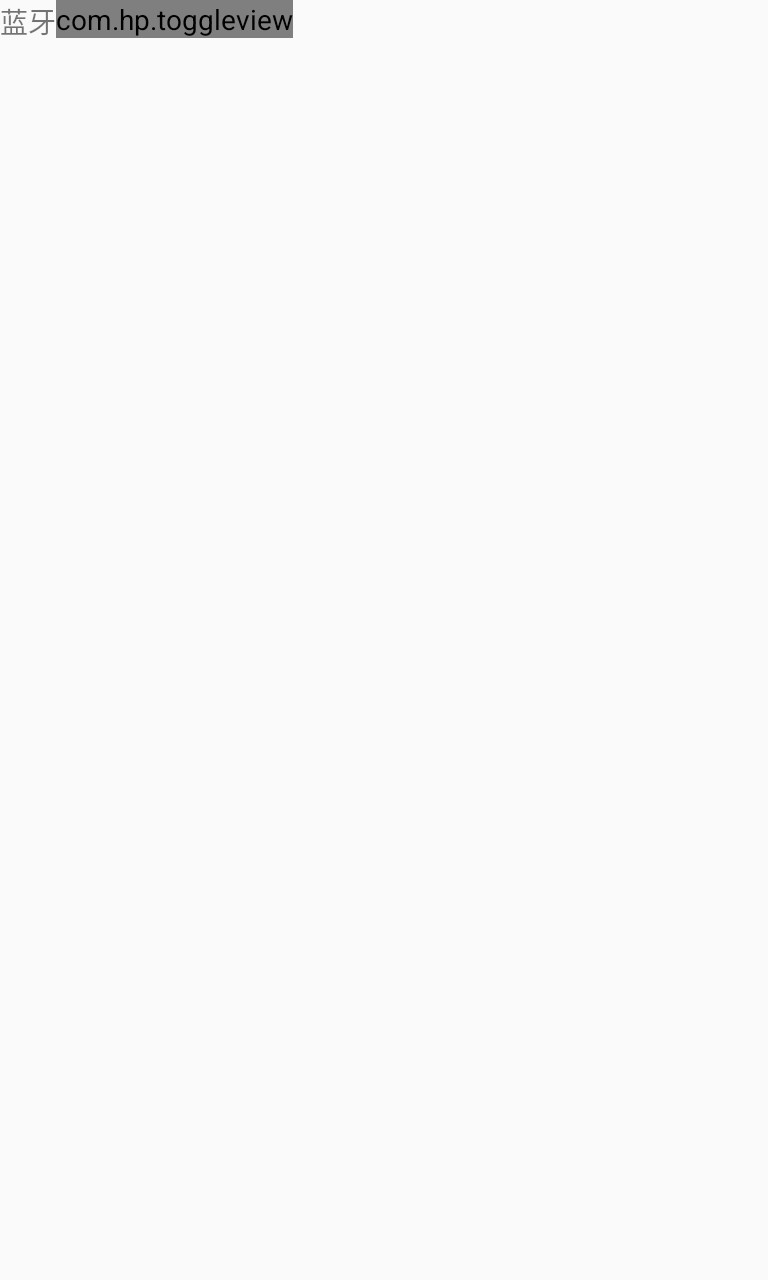
Repository: mimimy/MassagePro
Layout: BLE-Version/MassageTool/res/layout/activity_blooth.xml
The author's editor kept a copy of each file at every save. The layout is drawn from the files as they stood at one save, then again after the next save.
Pictures or frames that could not be fetched are drawn as grey boxes. It is drawn on a 768 x 1280 px phone screen (xhdpi) without system bars, with theme AppTheme; the app's code is not run.

Above is the layout before, as saved 2018-07-26 14:58:20.

After the next save:
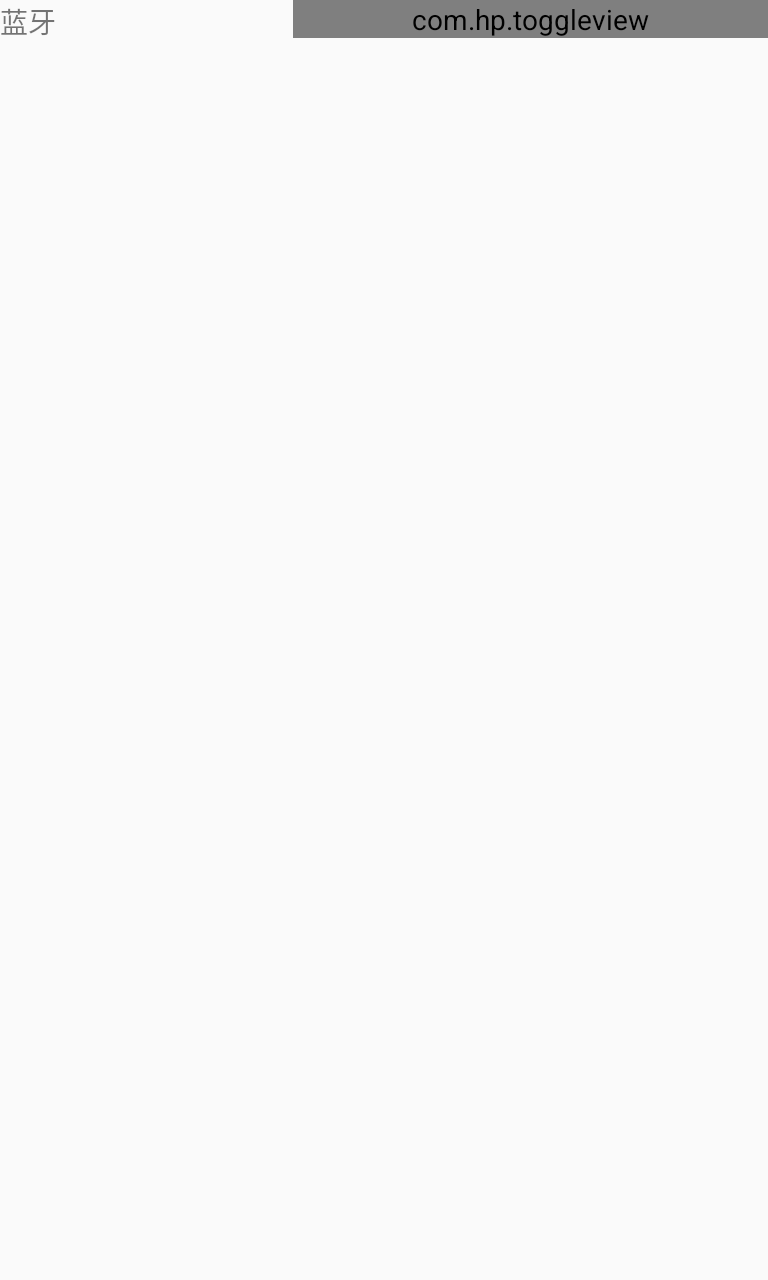
Saved 38 s later.
--- a/BLE-Version/MassageTool/res/layout/activity_blooth.xml
+++ b/BLE-Version/MassageTool/res/layout/activity_blooth.xml
@@ -10,13 +10,15 @@
 	    <TextView
 	        android:layout_width="wrap_content"
 	        android:layout_height="wrap_content"
+	        android:layout_weight="1"
 	        android:text="蓝牙"/>
 	    <com.hp.toggleview
 		    android:id="@+id/toggleView"
 	        android:layout_width="wrap_content"
 	        android:layout_height="wrap_content"
+	        android:layout_weight="1"
 	        android:layout_centerInParent="true" >
-	</com.hp.toggleview>
+		</com.hp.toggleview>
 	</LinearLayout>
 
 </LinearLayout>
